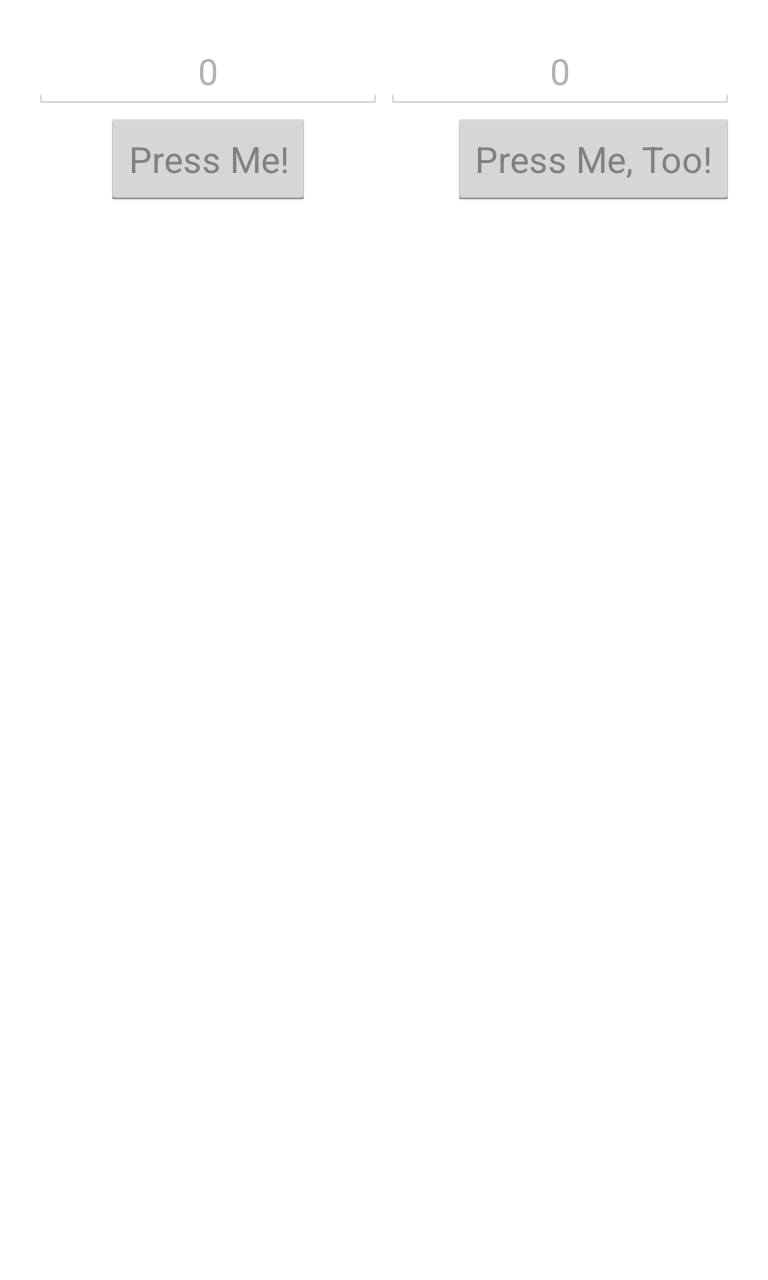
Repository: radupoenaru1992/Model
Layout: PracticalTest01/res/layout/activity_practical_test01_main.xml
The author's editor kept a copy of each file at every save. The layout is drawn from the files as they stood at one save, then again after the next save.
It is drawn on a 768 x 1280 px phone screen (xhdpi) without system bars, with theme AppTheme; the app's code is not run.

Above is the layout before, as saved 2015-03-29 21:11:18.

### PracticalTest01/res/layout/activity_practical_test01_main.xml
<LinearLayout xmlns:android="http://schemas.android.com/apk/res/android"
    xmlns:tools="http://schemas.android.com/tools"
    android:layout_width="match_parent"
    android:layout_height="match_parent"
    android:paddingBottom="@dimen/activity_vertical_margin"
    android:paddingLeft="@dimen/activity_horizontal_margin"
    android:paddingRight="@dimen/activity_horizontal_margin"
    android:paddingTop="@dimen/activity_vertical_margin"
    tools:context=".PracticalTest01MainActivity"
    android:orientation="vertical">



    <LinearLayout
        android:layout_width="match_parent"
    	android:layout_height="wrap_content"
    	android:id="@+id/llaySt"
        >

        <EditText
           android:layout_width="0dp"
           android:layout_height="wrap_content"
           android:id="@+id/etSt"
           android:text="0"
           android:gravity="center"
           android:layout_weight="1"
           android:enabled="false"
           />

        <EditText
           android:layout_width="0dp"
           android:layout_height="wrap_content"
           android:id="@+id/etDr"
           android:text="0"
           android:gravity="center"
           android:layout_weight="1"
           android:enabled="false"
           />

    </LinearLayout>

    <LinearLayout
        android:layout_width="match_parent"
    	android:layout_height="wrap_content"
    	android:id="@+id/llayDr"

        >

        <ScrollView
            android:layout_width="0dp"
            android:layout_height="wrap_content"
            android:layout_weight="1"
            >

            <Button
            android:layout_width="wrap_content"
            android:layout_height="wrap_content"
            android:id="@+id/bSt"
            android:hint="Press Me!"
            android:layout_gravity="center"
            />

        </ScrollView>


        <ScrollView
            android:layout_width="0dp"
            android:layout_height="wrap_content"
            android:layout_weight="1"
            >

     		<Button
         		android:layout_width="wrap_content"
         		android:layout_height="wrap_content"
         		android:id="@+id/bDr"
         		android:hint="Press Me, Too!"
         		android:layout_gravity="center|right"
     		/>
     	</ScrollView>
    </LinearLayout>

</LinearLayout>

Loaded but not shown: PracticalTest01/res/values/styles.xml (common file); PracticalTest01/res/values-v11/styles.xml (common file); PracticalTest01/res/values-v14/styles.xml (common file); PracticalTest01/res/values/dimens.xml (common file)

After the next save:
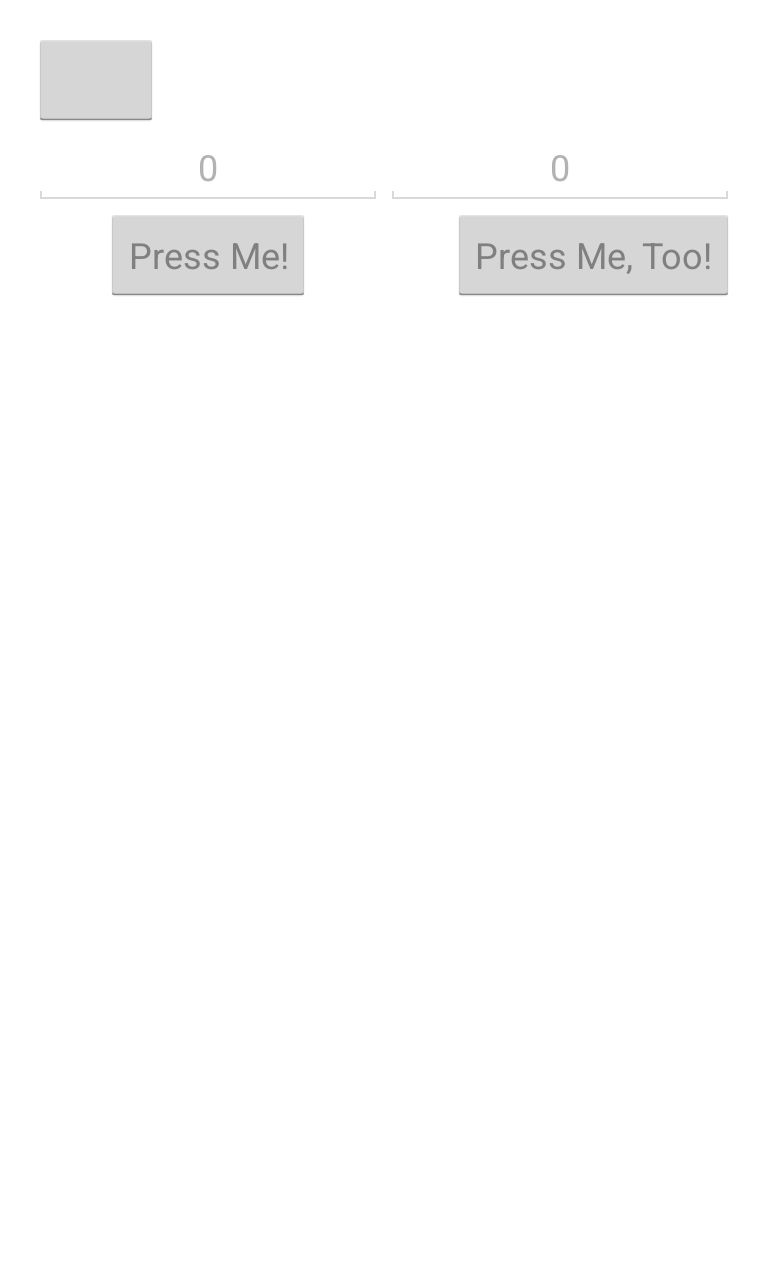
Saved 42 s later.
--- a/PracticalTest01/res/layout/activity_practical_test01_main.xml
+++ b/PracticalTest01/res/layout/activity_practical_test01_main.xml
@@ -9,7 +9,10 @@
     tools:context=".PracticalTest01MainActivity"
     android:orientation="vertical">
 
-
+    <Button
+        android:layout_width="wrap_content"
+        android:layout_height="wrap_content"
+        android:gravity="right"/>
 
     <LinearLayout
         android:layout_width="match_parent"
